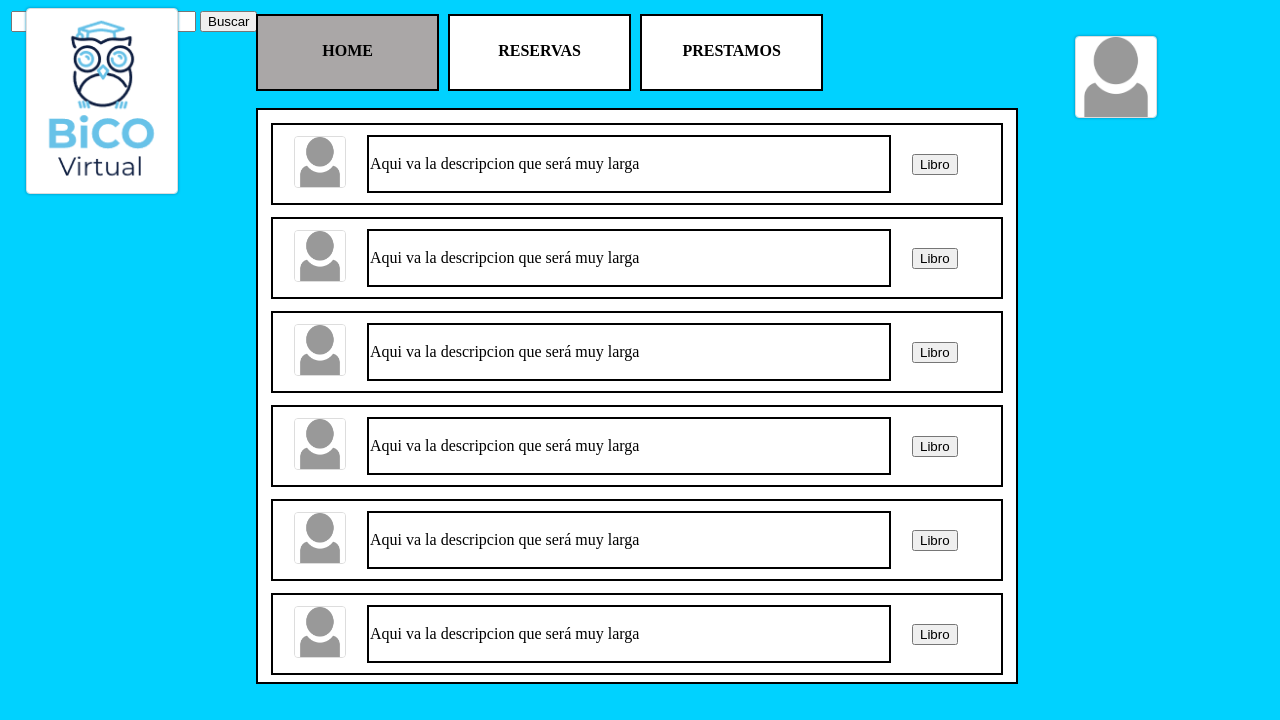
Repository: i72frpeu/IW_Bien
Page: http://localhost/Trabajo_IW/Home (Admin).jsp
The author's editor kept a copy of each file at every save. The page is drawn from the files as they stood at one save, then again after the next save.
The browser window is 1280 px wide. The pictures show the whole page.
An inner scrolling area shows only its first screen. The page is served by Tomcat 9. Other server files are loaded and not shown.

Above is the page before, as saved 2020-05-16 17:34:26.

### WorkSpace/Trabajo IW/WebContent/Home (Admin).jsp
<%@ page language="java" contentType="text/html; charset=ISO-8859-1" pageEncoding="ISO-8859-1"%>
<%@ include file="Includes/headerhome.jsp" %>

<!DOCTYPE html>

<html>

<head>
	<meta charset="ISO-8859-1">
	<title>Home (Libros)</title>
	<link rel="stylesheet" type="text/css" href="CSS/header.css">
	<link rel="stylesheet" type="text/css" href="CSS/wf4.0.css">
</head>

<body>
  <!--Roll de artículos-->

  <div>
  	<form>
  		<table>
  		<tr>
  		<td><input type="text" name="buscar" required></td>
  		<td><input type="submit" value="Buscar"></td>
  		</tr>
  		</table>
  	</form>
  </div>

  <div class="div_home">
    <table class="dos">
    <% for (int i = 0; i < 8; i++){ %>
        <tr>
          <td>
              <table class="uno">
                  <tr>
                    <td class="td_user_img"><a href=""><img src="img/profile-42914_960_720.png" alt="IMG_USER" class="img_user_2"></a></td>
                    <td class="td_user_des">Aqui va la descripcion que será muy larga</td>
                    <td> <a href="mvc/control/eventControl.jsp"><button name="foro" class="boton_user">Libro</button></a><td>
                  </tr>
                </table>
          </td>
        </tr>
        <%} %>
    </table>
  </div>

</body>

</html>

### WorkSpace/Trabajo IW/WebContent/Includes/headerhome.jsp
<!DOCTYPE html>
<html>

<head>
	<meta charset="ISO-8859-1">
</head>

<body>
  <header class="main-header">
    <!--Definimos el logo-->
    <img src="img/logo.PNG" alt="LOGO" class="logo_home">
    <!--Enlace a HOME-->
	<a href="" class="link_home"><strong>HOME</strong></a>
    <!--Enlace a AMIGOS-->
    <a href="" class="link_amigos"><strong>RESERVAS</strong></a>
    <!--Enlace a BUSCADOR-->
    <a href="mvc/control/lookforControl.jsp" class="link_buscador"><strong>PRESTAMOS</strong></a>
    <!--Definimos imagen usuario-->
    <div>
      <img src="img/profile-42914_960_720.png" alt="IMG_USER" class="img_user">
      <div class="options_user">
        <form>
        </form>
      </div>
    </div>
  </header>

 </body>
 </html>

### WorkSpace/Trabajo IW/WebContent/CSS/header.css
body
{
	background-color: rgb(0,210,255);
}


/*153x100 pixeles*/
.logo_home
{
	position: fixed;
	left: 2%;
	width: 150px;
	margin-right: 5%;
	border: 1px solid #ddd;
  	border-radius: 4px;
  	box-shadow: 0 0 2px 1px rgba(0, 140, 186, 0.5);
}

.img_user
{
	position: fixed;
	left: 82%;
	top: 5%;
	width: 80px;
	height: 80px;
	margin-left: 2%;
	border: 1px solid #ddd;
  	border-radius: 4px;
  	box-shadow: 0 0 2px 1px rgba(0, 140, 186, 0.5);
}
.options_user
{
	position: fixed;
	top: 18%;
	left: 84%;
}


.link_home
{
	background-color: white;
	border: 2px solid black;
	color: black;
	text-decoration: none;
	padding: 2%;
	left: 20%;
	top:2%;
	width: 10%;
	height: 3%;
	text-align: center;
	position: fixed;
}

.link_amigos
{
	background-color: white;
	border: 2px solid black;
	color: black;
	text-decoration: none;
	padding: 2%;
	left: 35%;
	top:2%;
	width: 10%;
	height: 3%;
	text-align: center;
	position: fixed;
}

.link_buscador
{
	background-color: white;
	border: 2px solid black;
	color: black;
	text-decoration: none;
	padding: 2%;
	left: 50%;
	top:2%;
	width: 10%;
	height: 3%;
	text-align: center;
	position: fixed;
}

.link_foro
{
	background-color: white;
	border: 2px solid black;
	color: black;
	text-decoration: none;
	padding: 2%;
	left: 65%;
	top:2%;
	width: 10%;
	height: 3%;
	text-align: center;
	position: fixed;
}

div.div_lista_amigos
{
	background-color: white;
	border: 2px solid black;
	position: fixed;
	left: 2%;
	top: 40%;
	width: 10%;
	height: 45%;
	padding: 2%;
	overflow: auto;
}

.boton_cir
{
	border-radius: 200px 200px 200px 200px;
	-moz-border-radius: 200px 200px 200px 200px;
	-webkit-border-radius: 200px 200px 200px 200px;
	left: 85%;
	top: 75%;
	width: 100px;
	height: 100px;
	font-size: 80px;
	position: fixed;
	border: 0;
	color: white;
	background-color: rgb(0, 46, 255);
	box-shadow: 0 4px 8px 0 rgba(0, 0, 0, 0.2), 0 6px 20px 0 rgba(0, 0, 0, 0.19);
 }

a.sobre
{
	position: fixed;
	left: 30%;
	top: 96%;
}

a.tecnico
{
	position: fixed;
	left: 60%;
	top: 96%;
}

.div_home
{
	background-color: white;
	border: 2px solid black;
	position: fixed;
	left: 20%;
	right: 20.5%;
	top:15%;
	bottom: 5%;
	color: black;
	overflow: auto;
}

.img_user_2
{
	top: 5px;
	left: 5px;
	height: 50px;
	width: 50px;
	border: 1px solid #ddd;
  	border-radius: 4px;
}
table.uno
{
	border: 2px solid black;
	border-spacing: 20px 10px;

	width: 100%;

}

table.dos
{
	border: 2px solid white;
	border-spacing: 10px;
	width: 100%;

}
.td_user_des
{
	border: 2px solid black;
	width: 100%;
}

.buscador
{
	position: relative;
	top: 2%;
	left: 15%;

}
.q_buscador
{
	width: 60%;
}

### WorkSpace/Trabajo IW/WebContent/CSS/wf4.0.css
.link_home
{
	background-color: rgb(170, 167, 167);
}

div.buscador
{
	background-color: white;
	border: 2px solid black;
	position: fixed;
	top: 10%;
}

After the next save:
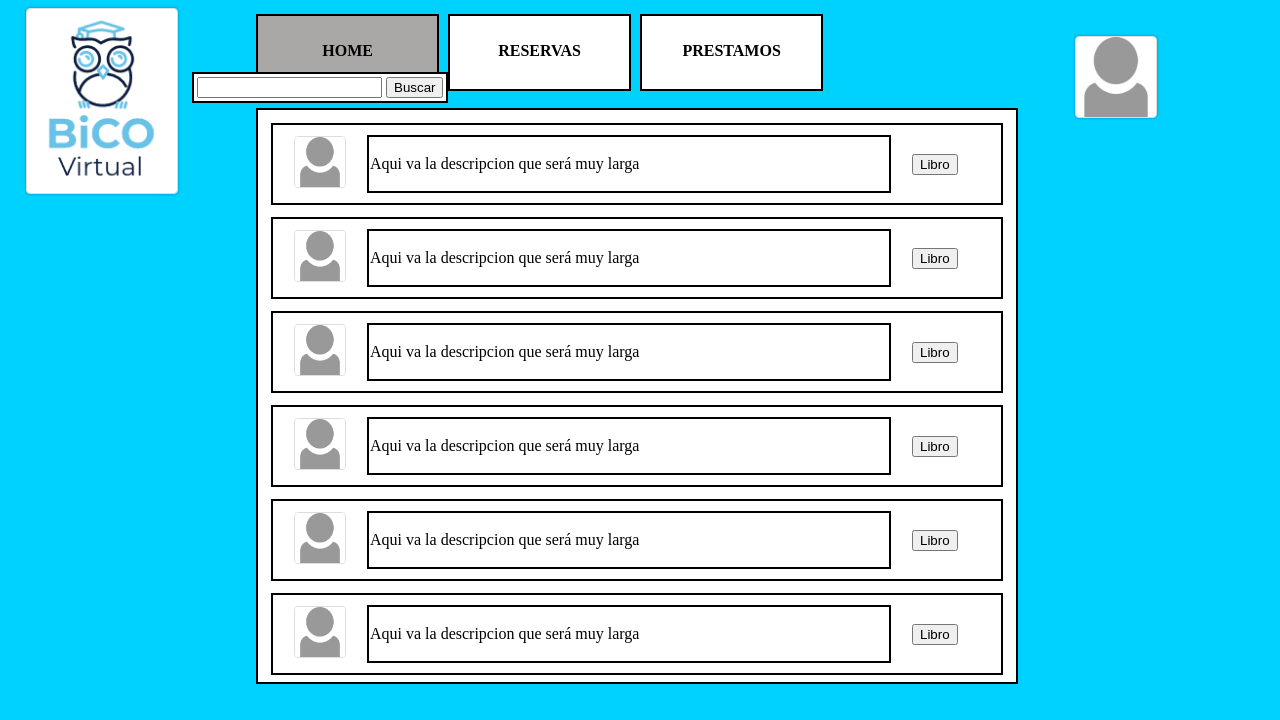
Saved 40 s later.
--- a/WorkSpace/Trabajo IW/WebContent/Home (Admin).jsp
+++ b/WorkSpace/Trabajo IW/WebContent/Home (Admin).jsp
@@ -15,7 +15,7 @@
 <body>
   <!--Roll de artículos-->
 
-  <div>
+  <div class="buscador">
   	<form>
   		<table>
   		<tr>
